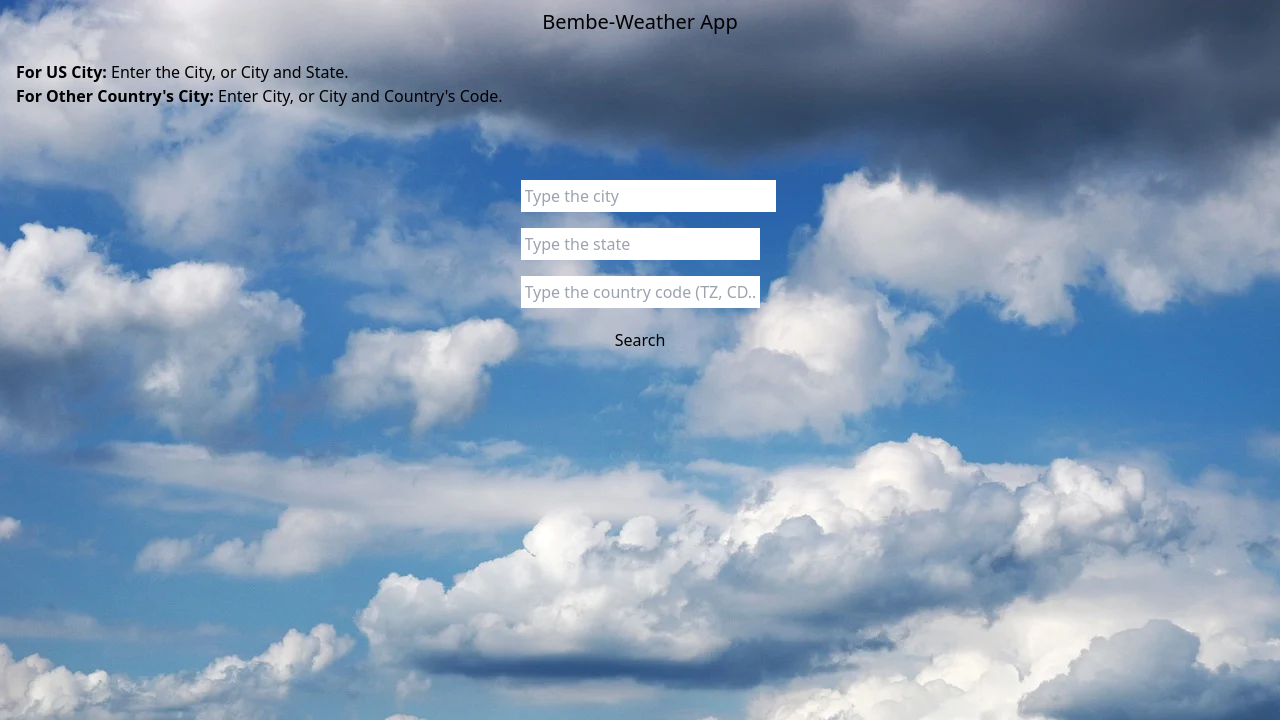
Repository: ShindanoSingi/bembe-weather
Page: /
An editor plug-in stored every save of this project. The page is shown before and after the next save, followed by the edit.
The browser window is 1280 px wide. The page is 1280 px wide, then 1288 px, so the pictures cover 1288 px, including what lies to the right of the window. The pictures show the whole page.
The page's requests for data from a server got no answer. The project was rebuilt for these pictures with package versions that can differ from the ones it lists, and the page was loaded fresh each time. No one was signed in, and anything a server would have sent is missing.

Above is the page before, as saved 2022-09-14 03:15:50.

After the next save:
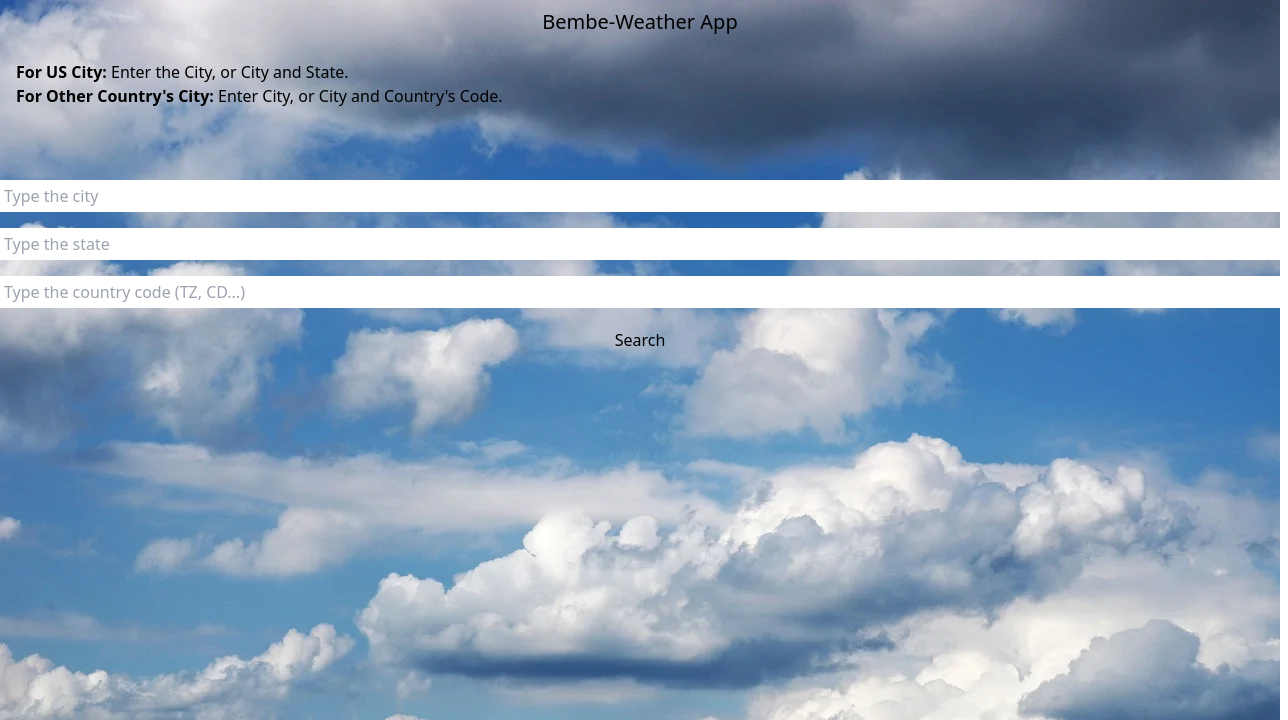
Saved 12 s later.
--- a/src/components/SearchForm.js
+++ b/src/components/SearchForm.js
@@ -15,7 +15,7 @@
         <div className="flex flex-col items-center gap-4 form-container">
           <div className="flex flex-col gap-4">
           <input
-          className="w-full p-1 mx-2 cityInput"
+          className="w-screen p-1 mx-2 cityInput"
           placeholder="Type the city"
           type="text"
           name="SearchString"
